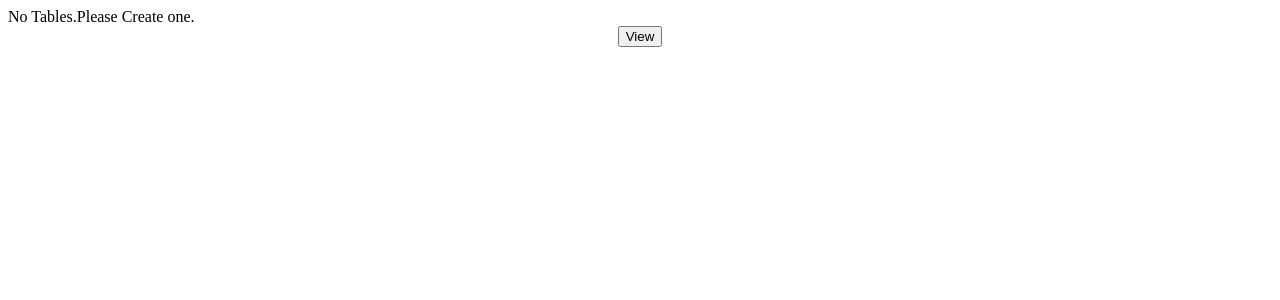
Repository: kemiporto/cmpe272-group12
Page: http://localhost/ESPAWSProject/selectTable.jsp
An editor plug-in stored every save of this project. The page is shown before and after a run of saves, followed by the edit.
The browser window is 1280 px wide. The pictures show the whole page.
The page is served by Tomcat 9. Other server files are loaded and not shown.

Above is the page before, as saved 2014-04-19 22:40:02.

### AWS/ESPAWSProject/WebContent/selectTable.jsp
<%@page import="java.util.Iterator"%>
<%@page import="java.util.ArrayList"%>
<%@ page language="java" contentType="text/html; charset=ISO-8859-1"
    pageEncoding="ISO-8859-1"%>
<!DOCTYPE html PUBLIC "-//W3C//DTD HTML 4.01 Transitional//EN" "http://www.w3.org/TR/html4/loose.dtd">
<html>
<head>
<meta http-equiv="Content-Type" content="text/html; charset=ISO-8859-1">
<title>Insert title here</title>
</head>
<body>



<%
			ArrayList  tableNames = (ArrayList) request
					.getAttribute("tableNames");
			if (tableNames != null) {
				Iterator it = tableNames.iterator();
		%>
		<div style="font-weight: bold; text-align: left">
		 Source1<br/>

				 <select name="Source1">
					<%
						while (it.hasNext()) {
								String tableName = (String) it.next();
					%>

					<option value="<%=tableName%>"><%=tableName%></option>

					<%
						}
					%>
				</select>

		</div>
		<%
			} else {
		%>
		No Tables.Please Create one.
		<%
			}
		%>




<div style="font-weight: bold; text-align: center">
<input type="button" value = "View" >
</div>
</body>
</html>

After the next 2 saves:
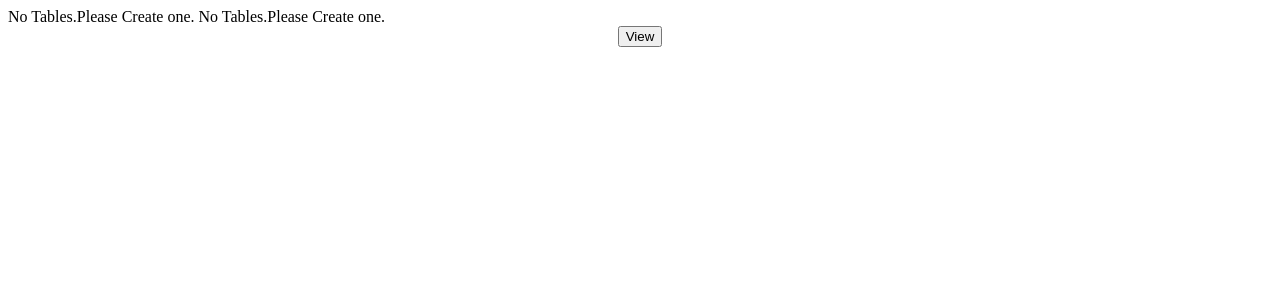
The 2 saves are shown as one change because 1 did not build or start.
The last was saved 28 s later.
--- a/AWS/ESPAWSProject/WebContent/selectTable.jsp
+++ b/AWS/ESPAWSProject/WebContent/selectTable.jsp
@@ -43,6 +43,35 @@
 			}
 		%>
 
+		<%
+			if (tableNames != null) {
+				Iterator it = tableNames.iterator();
+		%>
+		<div style="font-weight: bold; text-align: left">
+		 Source1<br/>
+
+				 <select name="Source1">
+					<%
+						while (it.hasNext()) {
+								String tableName = (String) it.next();
+					%>
+
+					<option value="<%=tableName%>"><%=tableName%></option>
+
+					<%
+						}
+					%>
+				</select>
+
+		</div>
+		<%
+			} else {
+		%>
+		No Tables.Please Create one.
+		<%
+			}
+		%>
+
 
 
 
